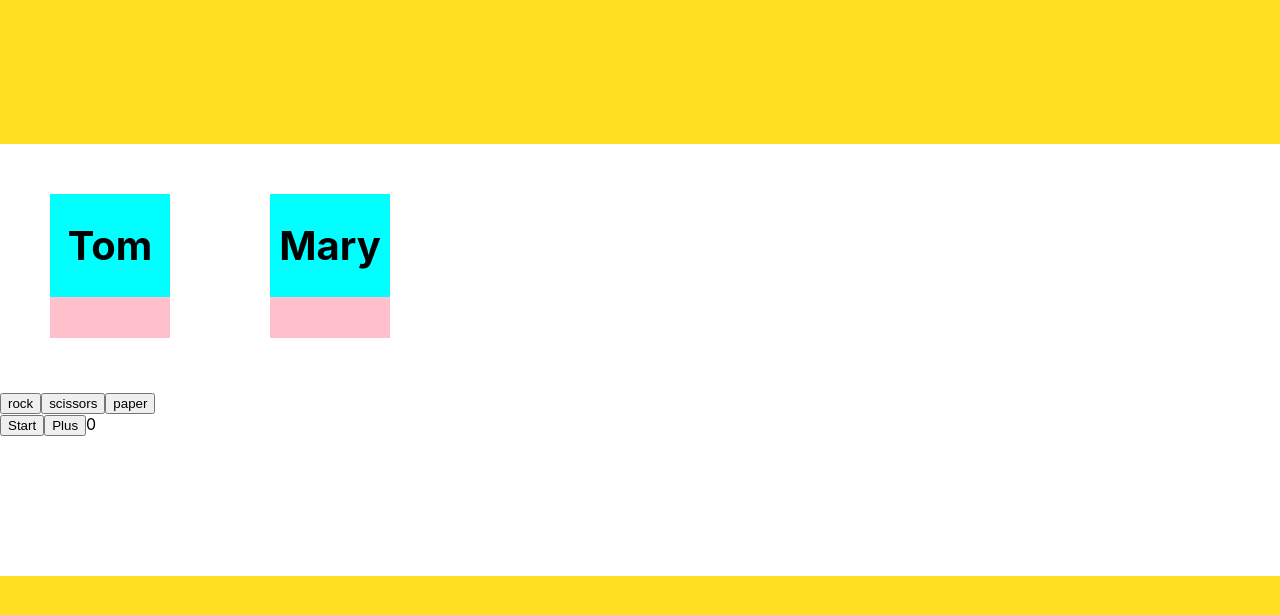
Repository: K009/Rock-Paper-Scissors
Page: /
These files come from the project's save history. The page is drawn as it stood at one moment and after the next save; the edit follows.
The browser window is 1280 px wide. The pictures show the whole page.
The project was rebuilt for these pictures with package versions that can differ from the ones it lists, and the page was loaded fresh each time.

Above is the page before, as saved 2020-05-13 09:05:36.

### src/App.js
import React, { Component } from "react";
import "./App.css";
import Player from "./components/Player";

const weapon = ["rock", "paper", "scissors"];

class App extends Component {
  constructor() {
    super();
    this.state = {
      playerOne: weapon[0],
      playerTwo: weapon[0],
      winner: "",
    };
    this.state = { counter: 0 };
  }

  startGame = () => {
    let counter = 0;
    let gameInterval = setInterval(() => {
      //to make a delay
      counter++;
      console.log(counter);
      this.setState({
        playerTwo: weapon[Math.floor(Math.random() * weapon.length)],
        winner: "",
      });
      if (counter > 5) {
        clearInterval(gameInterval);
        this.setState({
          winner: this.selectWinner(),
        });
      }
    }, 100);
  };

  selectWinner = () => {
    const { playerOne, playerTwo } = this.state;
    console.log("Player One: " + playerOne + "Player Two: " + playerTwo);
    if (playerOne === playerTwo) {
      console.log("It's a tie");
      return "It's a tie";
    } else if (
      (playerOne === "rock" && playerTwo === "scissors") ||
      (playerOne === "paper" && playerTwo === "rock") ||
      (playerOne === "scissors" && playerTwo === "paper")
    ) {
      return "Player one wins!";
    } else {
      return "Player two wins!";
    }
  };

  selectWeapon = (weapon) => {
    //in argument it gets a value that is going to be set for playerOne
    this.setState({
      playerOne: weapon, //here it gets changed
      winner: "", //winner without any changes - still ""
    });
  };

  increment() {
    this.setState({
      counter: this.state.counter + 1,
    });
  }

  render() {
    const { playerOne, playerTwo, winner } = this.state;
    return (
      <div className="App">
        <div className="Header" />
        <div className="Players">
          <Player playerName="Tom" weapon={playerOne} />
          <div className="break"> </div>
          <Player playerName="Mary" weapon={playerTwo} />
        </div>
        <div>
          <button className="weapon" onClick={() => this.selectWeapon("rock")}>
            rock
          </button>
          <button
            className="weapon"
            onClick={() => this.selectWeapon("scissors")}
          >
            scissors
          </button>
          <button className="weapon" onClick={() => this.selectWeapon("paper")}>
            paper
          </button>
        </div>
        <div className="winner">{winner ? this.selectWinner() : null}</div>
        <button className="start" onClick={this.startGame}>
          Start
        </button>
        <button onClick={this.increment.bind(this)}>Plus</button>
        <output>{this.state.counter}</output>
        <footer />
      </div>
    );
  }
}

export default App;

### src/App.css
.App {
  min-height: 100vh;
  background-color: #ffffff;
}

.Header {
  min-height: 20vh;
  text-align: center;
  justify-content: space-around;
  background-color: #ffde22;
  display: flex;
  flex-wrap: wrap;
}

.Players {
  background-color: pink;
  text-align: center;
  display: inline-block;
  margin: 50px;
}

.break {
  width: 100px;
  min-height: 20vh;
  background-color: white;
  float: left;
}

footer {
  min-height: 20vh;
  background-color: #ffde22;
  width: 100%;
  position: absolute;
  left: 0;
  bottom: 0;
}

### src/components/Player.js
import React from "react";
import style from "./player.module.css";

const Player = ({ playerName }) => {
  return (
    <div className={style.player}>
      <h1>{playerName}</h1>
    </div>
  );
};

export default Player;

### src/components/player.module.css
.player {
  background-color: aqua;
  font-size: 20px;
  text-align: center;
  width: 120px;
  float: left;
}

Loaded but not shown: public/index.html (common file); src/index.js (common file); src/index.css (common file); src/serviceWorker.js (common file)

After the next save:
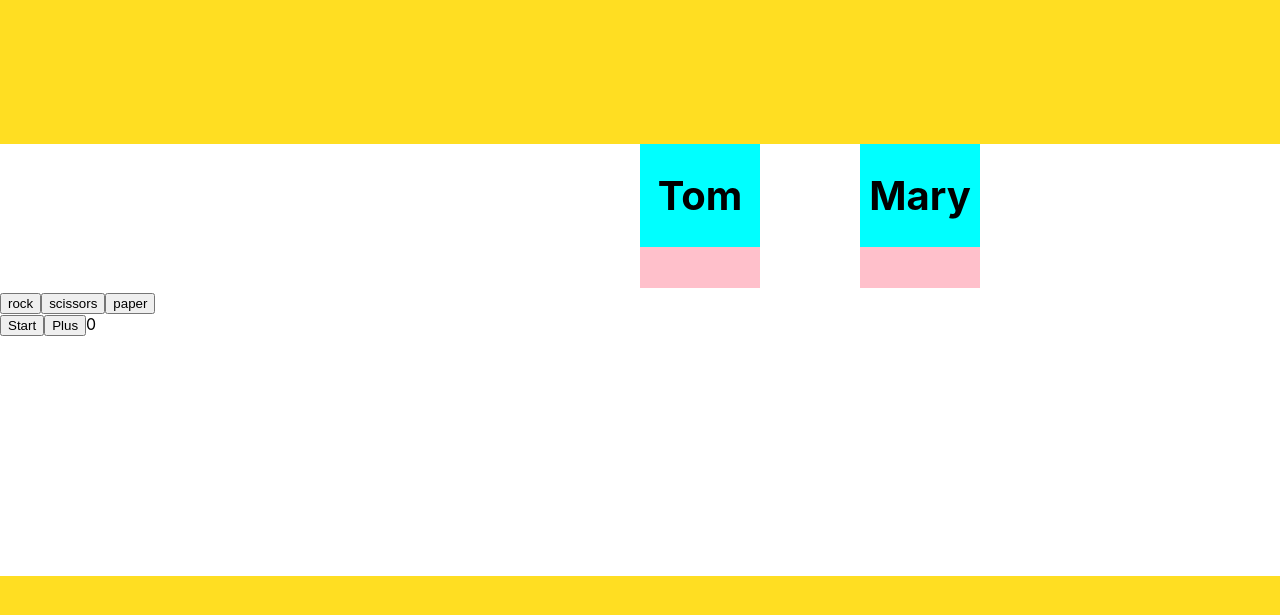
Saved 23 s later.
--- a/src/App.css
+++ b/src/App.css
@@ -16,7 +16,7 @@
   background-color: pink;
   text-align: center;
   display: inline-block;
-  margin: 50px;
+  margin-left: 50%;
 }
 
 .break {
